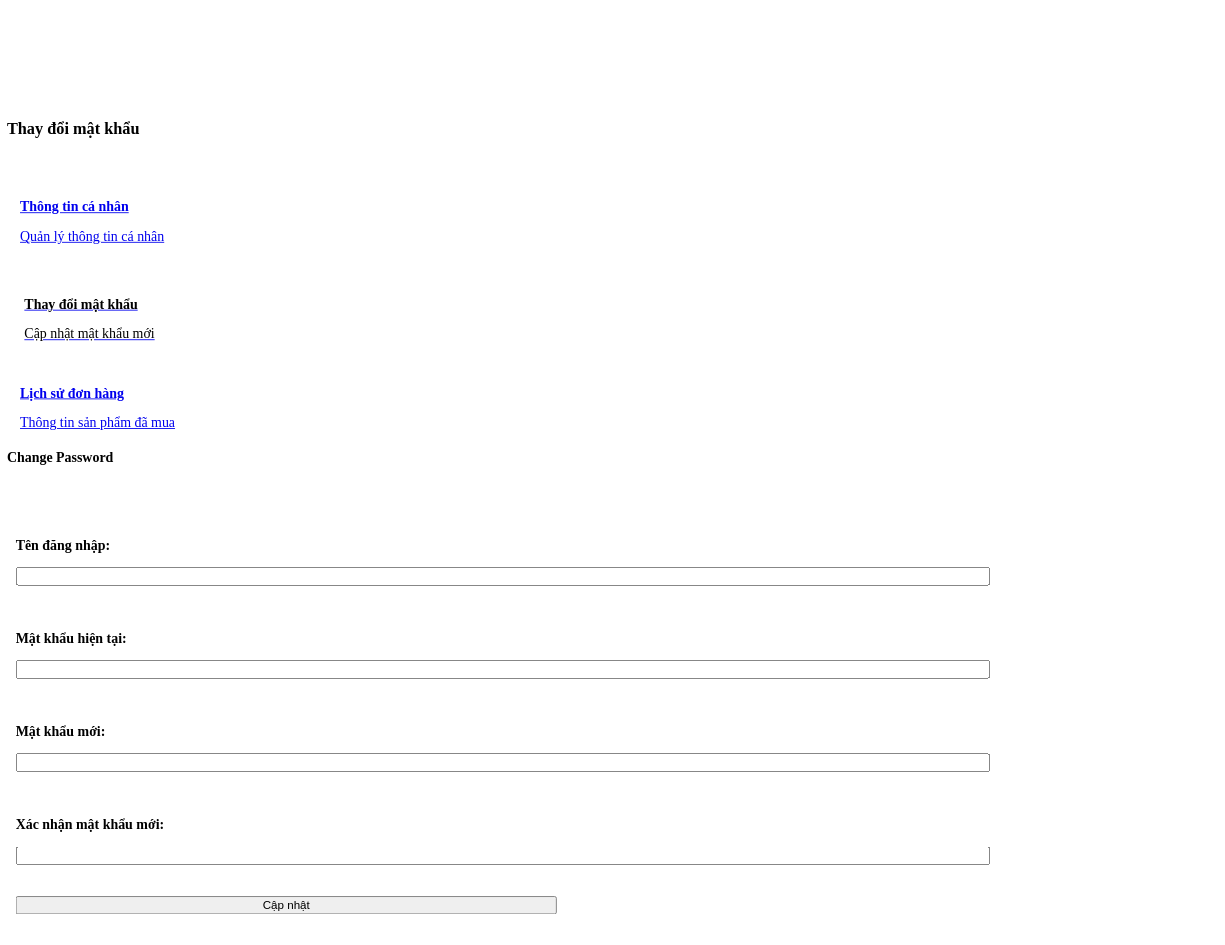
Repository: nguyengiabao245/NHOM3_C2
Page: http://localhost/DoAnJava/WEB-INF/views/account/change.jsp
The author's editor kept a copy of each file at every save. The page is drawn from the files as they stood at one save, then again after the next save.
The browser window is 1280 px wide. The page is 1408 px wide, so the pictures cover 1408 px, including what lies to the right of the window. The pictures show the whole page, at 87% of full size.
The page is served by Tomcat 9. Nobody is signed in. The template is opened directly, without the code that normally fills it, so the values that code supplies are empty.

Above is the page before, as saved 2022-05-16 06:16:14.

After the next save:
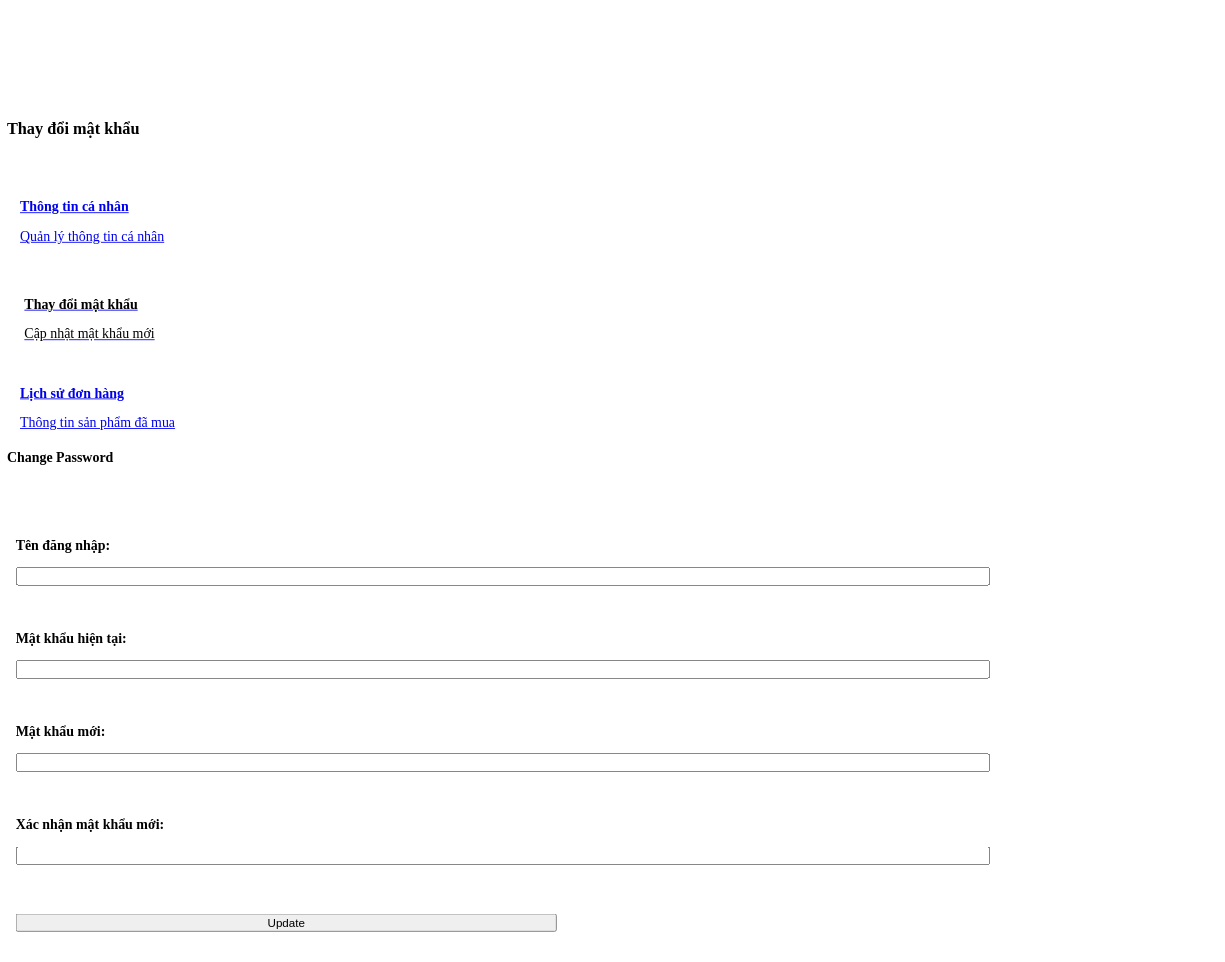
Saved 77 s later.
--- a/DoAnJava/src/main/webapp/WEB-INF/views/account/change.jsp
+++ b/DoAnJava/src/main/webapp/WEB-INF/views/account/change.jsp
@@ -116,8 +116,8 @@
 						</div>
 						<div class="row" style="padding:10px">
 							<div class="col-sm-4"></div>
-							<div class="col-sm-8">
-								<button class="userauth__btn" style="width: 50%;">Cập nhật</button>
+							<div class="col-sm-8" style="right: -85px; margin-top: 20px">
+								<button class="userauth__btn" style="width: 50%;">Update</button>
 							</div>
 						</div>
 					</form:form>
